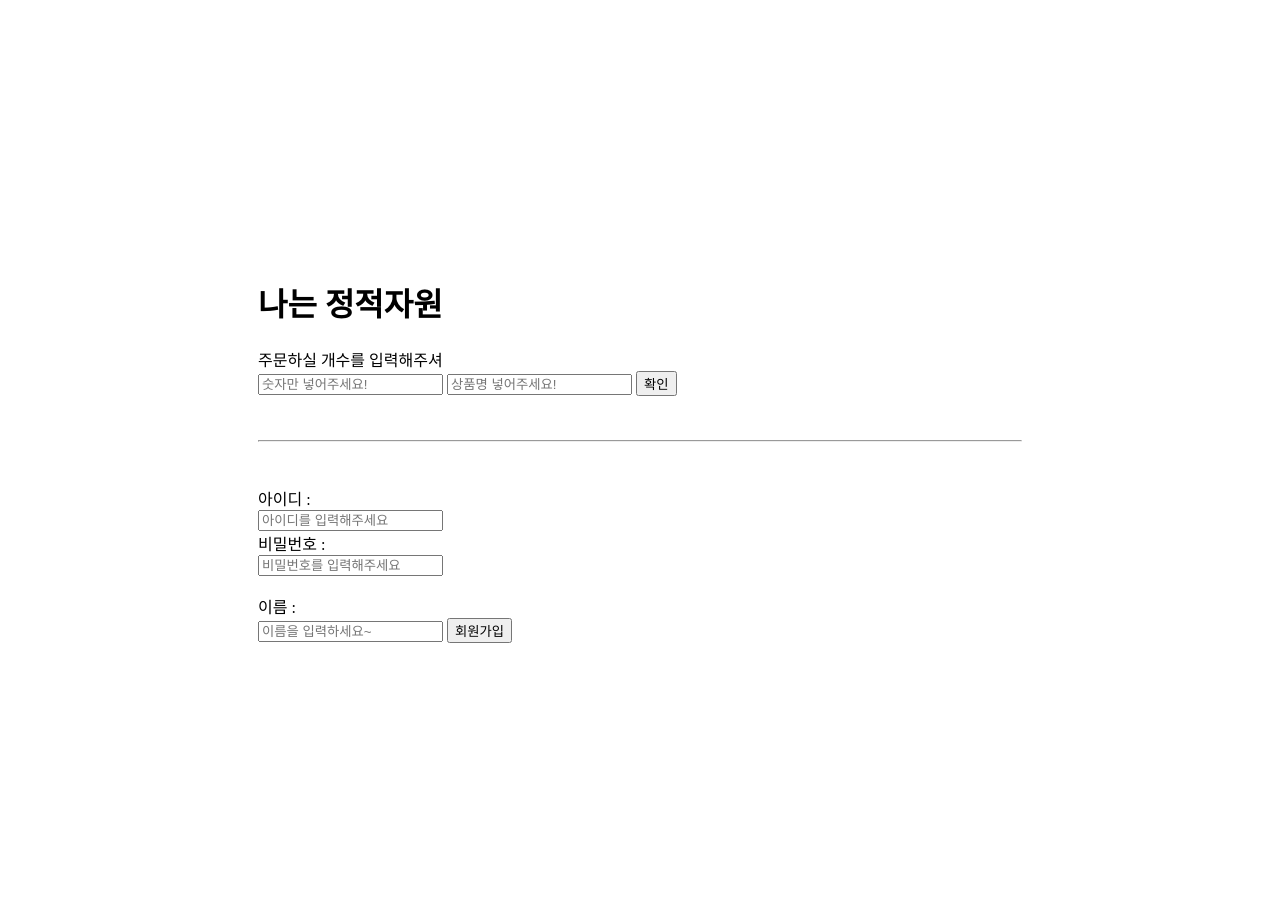
Repository: parkjin-sol/web-workplace
Page: BurgerKingProject/src/main/webapp/static/Requset_Page.html
The author's editor kept a copy of each file at every save. The page is drawn from the files as they stood at one save, then again after the next save.
The browser window is 1280 px wide. The pictures show the whole page.

Above is the page before, as saved 2025-03-10 03:29:22.

### BurgerKingProject/src/main/webapp/static/Requset_Page.html
<!DOCTYPE html>
<html>
<head>
<meta charset="UTF-8">
<title>눌렀음</title>
<style type="text/css">
	body {
		padding: 250px
	}

</style>
</head>
<body>
	<!--
		case 1 : 요청URL -> static 뒤로 url이 바뀜
		-> 상대경로 방식
		-> 현재 url의 가장 마지막 슬래쉬(/)뒤에 값이 붙음

		case 2 : http://www.naver.com -> 전체 url이 바뀜
		-> form태그로는 사용하지않음

		case 3 : /bk/case3
		-> 절대 경로 방식

		form에서 요청했을 경우 서버에서 요청을 처리
		-> tomcat에서 처리
		컨트롤러는 자바로 만듦
		자바를 이용해서 사용자의 웹 요청을 받아서 처리 를 위해 -> servlet 사용
		servlet은 인터페이스로 되어있음 -> implement를 통해 추상화하여 강제
	-->

	<form action="/bk/order" method="GET">
		<!-- form에 action / method 필수 -->
		<h1>나는 정적자원</h1>
		<!-- 동적으로 개발된 페이지 url를 보내기 위해서 Servlet 에 요청해야함
			 입력양식이 있어야 사용자에게 요청받을 수 있음  -->

		<span>주문하실 개수를 입력해주셔</span> <br>
		<input type="text" name="number" placeholder="숫자만 넣어주세요!" id="tn">
		<input type="text" name="product-name" placeholder="상품명 넣어주세요!">
		<button type="submit">확인</button>
	</form>

	<script type="text/javascript">
		console.dir(document.querySelector("tn"));
	</script>
	<br>
	<br>
	<hr>
	<br>
	<br>
	<!-- 상대경로 / 절대경로 -->

	<form action="/bk/sign-up.do" method="POST">
		아이디 : <br>
		<input type="text" placeholder="아이디를 입력해주세요" name="userId"> <br>
		비밀번호 : <br>
		<input type="password" placeholder="비밀번호를 입력해주세요" name="userPw"> <br><br>
		이름 : <br>
		<input type="text" placeholder="이름을 입력하세요~" name="userName">
		<button type="submit">회원가입</button>
	</form>

</body>
</html>

After the next save:
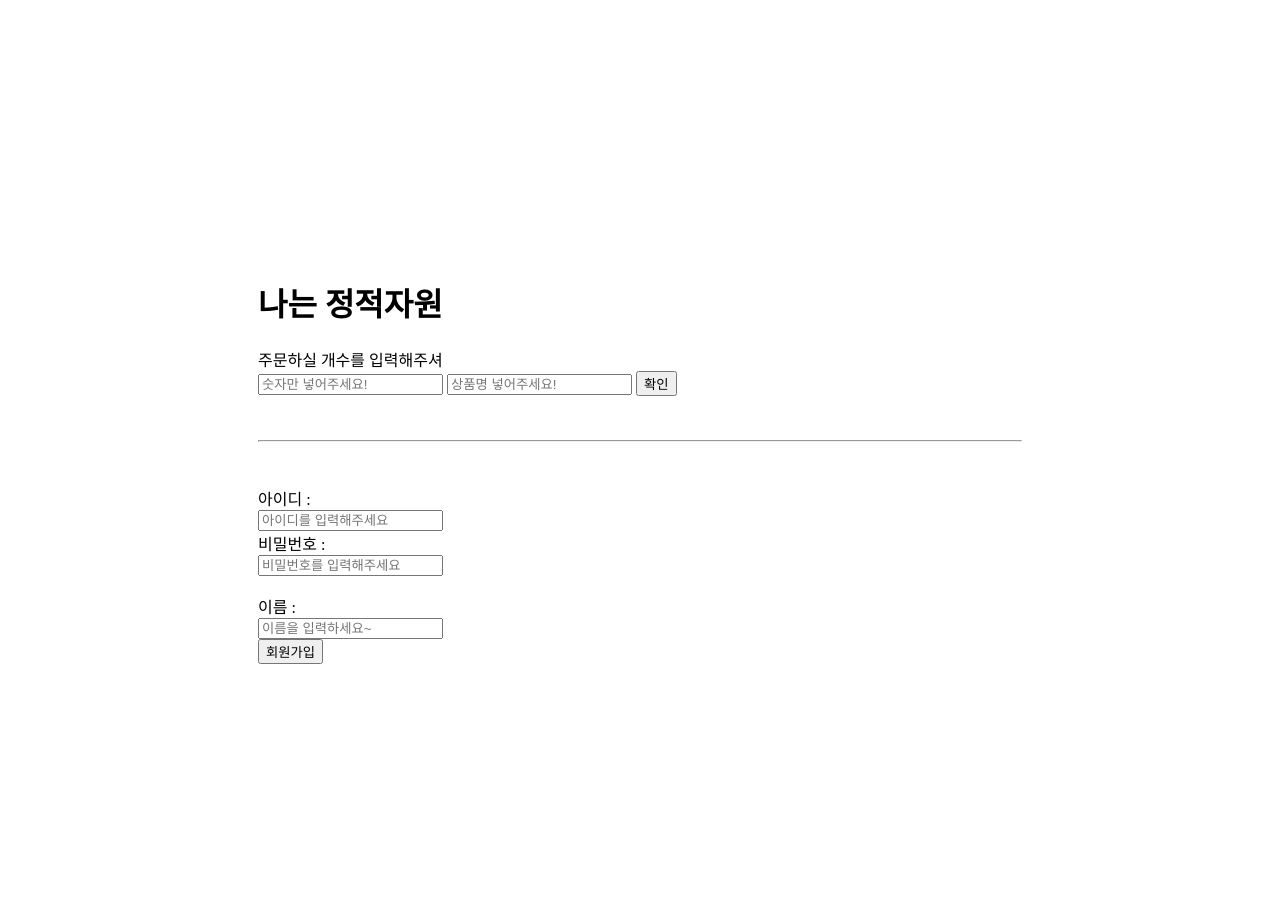
Saved 5 s later.
--- a/BurgerKingProject/src/main/webapp/static/Requset_Page.html
+++ b/BurgerKingProject/src/main/webapp/static/Requset_Page.html
@@ -57,7 +57,7 @@
 		비밀번호 : <br>
 		<input type="password" placeholder="비밀번호를 입력해주세요" name="userPw"> <br><br>
 		이름 : <br>
-		<input type="text" placeholder="이름을 입력하세요~" name="userName">
+		<input type="text" placeholder="이름을 입력하세요~" name="userName"> <br>
 		<button type="submit">회원가입</button>
 	</form>
 
